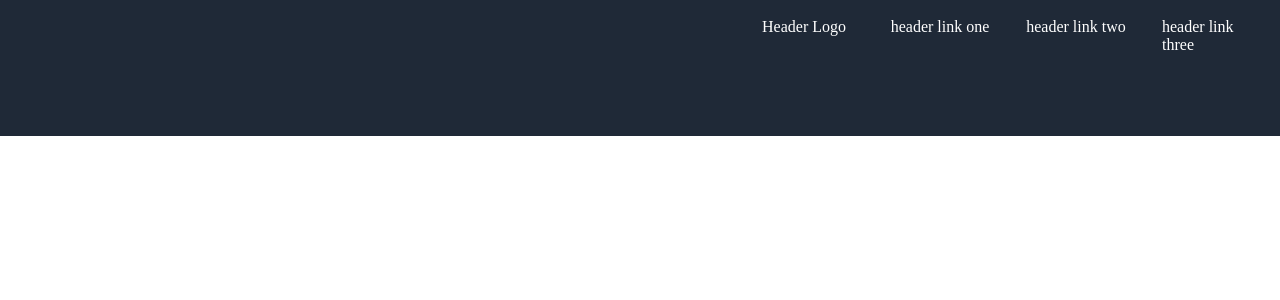
Repository: Grace561/css-exercises
Page: index.html
These files come from the project's save history. The page is drawn as it stood at one moment and after a run of saves; the edit follows.
The browser window is 1280 px wide. The pictures show the whole page.

Above is the page before, as saved 2025-04-14 13:47:54.

After the next 2 saves:
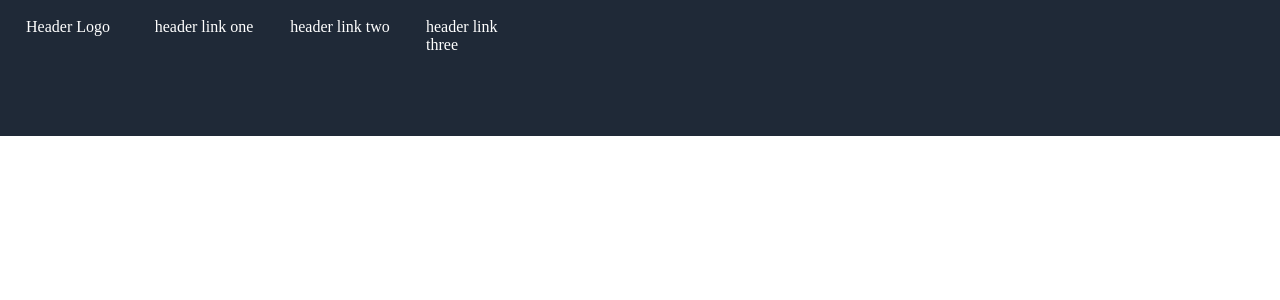
The 2 saves are shown as one change because they came seconds apart.
The last was saved 32 s later.
--- a/style.css
+++ b/style.css
@@ -17,5 +17,5 @@
 .flex-container{
     display: flex;
     background-color: #1f2937;
-    justify-content: end ;
+    justify-content: ;
 }
